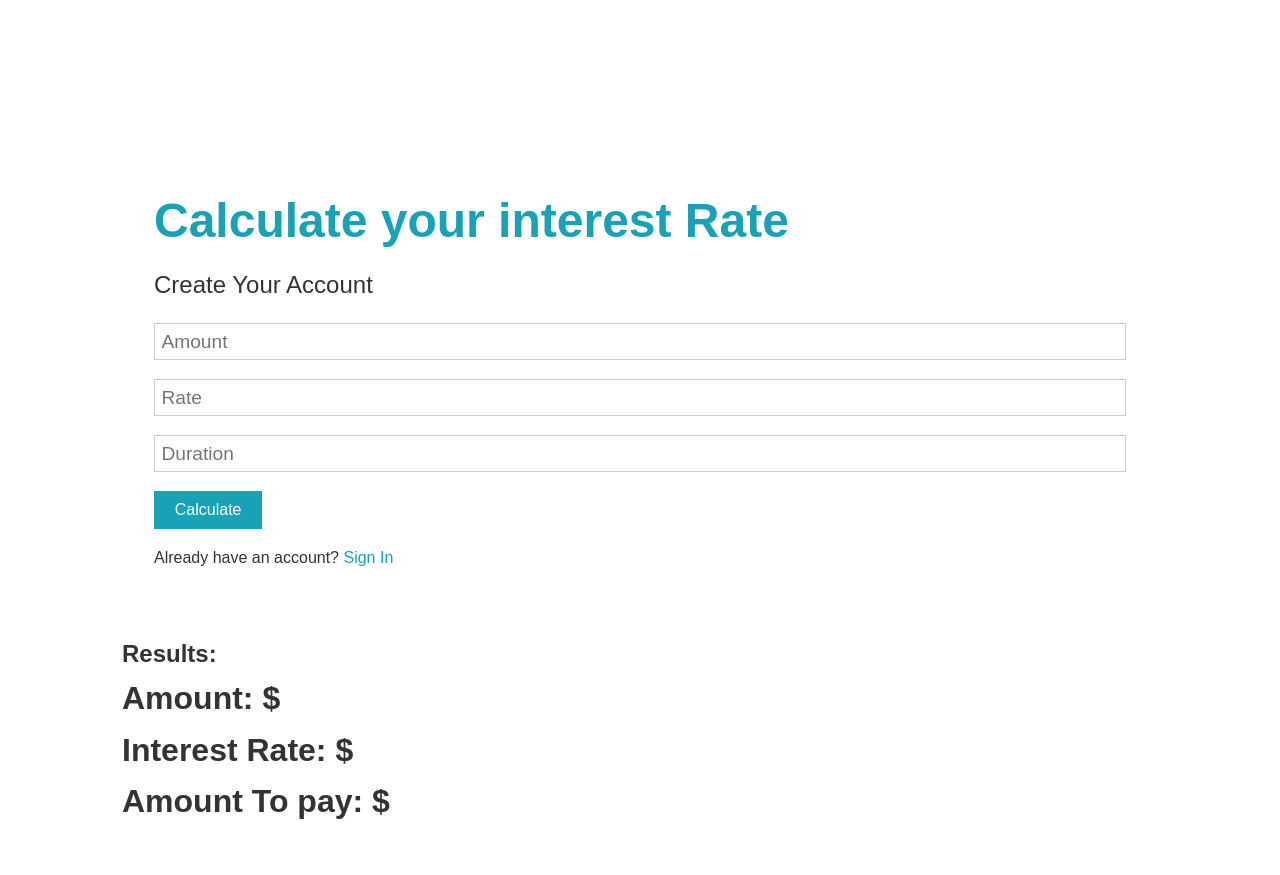
Repository: codding-ideas/loan-calculator
Page: / (app in client/)
An editor plug-in stored every save of this project. The page is shown before and after a run of saves, followed by the edit.
The browser window is 1280 px wide. The pictures show the whole page.
The project was rebuilt for these pictures with package versions that can differ from the ones it lists, and the page was loaded fresh each time.

Above is the page before, as saved 2019-07-09 09:23:07.

### client/src/index.js
import React from 'react';
import ReactDOM from 'react-dom';
import { Provider } from 'react-redux';
import { createStore, applyMiddleware } from 'redux';
import reduxThunk from 'redux-thunk';
import { composeWithDevTools} from 'redux-devtools-extension';
import rootReducer from './redux/reducers'
import App from './App';


// const store = createStore(users, composeWithDevTools(applyMiddleware(reduxThunk)) )
const store = createStore(rootReducer, composeWithDevTools(applyMiddleware(reduxThunk)))

ReactDOM.render(
<Provider store = {store}>

  <App />

  </Provider>,
document.getElementById('root'));

### client/src/redux/reducers/index.js
import { combineReducers } from 'redux';
import loanReducer from './loanReducer'


export default combineReducers({
  loan: loanReducer
})

### client/src/App.js
import React, { useState} from 'react';
import Results from '../src/componets/Results';
import CalculateInterestForm from '../src/componets/Forms//CalculateInterestForm'
import './App.css';

function App() {


  return (
    <div className='container'>

      <CalculateInterestForm/>

      < Results />
    </div>
  )
}

export default App;

### client/src/redux/reducers/loanReducer.js


const initialState = {
//  amount: [],
//  rate: '',
//  convertedRate: '',
//  duration: '',
//  interestRate: '',
//  amountToPay: ''

 amount:'',
 rate: '',
 duration: '',
 interestRate: '',
 amountToPay: ''

}

export default (state = initialState, action) => {
  switch(action.type){
    case 'CREATE_INTEREST':
     return {
      ...state,
       amount: action.payload.amount,
       rate: parseFloat( action.payload.rate/100).toFixed(3),
       duration: action.payload.duration,
       interestRate: parseFloat((action.payload.amount) * (action.payload.rate/100) * (action.payload.duration)).toFixed(3),


       amountToPay: parseFloat(action.payload.amount + ((action.payload.amount) * (action.payload.rate/100) * (action.payload.duration))).toFixed(3)

     }
     default:
      return state
  }
}

### client/src/componets/Results.js
import React from 'react';
import { connect } from 'react-redux';

const Results = (props) => {
    console.log(props.loan.amount)
    return (
        <div>
            <h2>Results:</h2>
            <h1>Amount: $ {props.loan.amount}</h1>
            <h1>Interest Rate: ${props.loan.interestRate}</h1>
            <h1>Amount To pay: ${props.loan. amountToPay}</h1>
        </div>
    )
}

const mapStateToProps = (state) => {
     return {
         loan: state.loan
     }
}

export default connect(mapStateToProps, null) (Results)

### client/src/componets/Forms/CalculateInterestForm.js
import React, { useState} from 'react';
import { connect } from 'react-redux';
import { createLoan} from '../../redux/actions/loanAction'

const CalculateInterestForm = (props) => {
  const initialState = {
    amount: "",
    rate: "",
    duration: ""

  };

     const [formData, setFormData ] = useState(initialState)

   //Create on change methods
   //This method update the state values
   const onChange = (e) => {
     setFormData({...formData, [e.target.name]: e.target.value})
   }

  //Onsubmit
  const onFormSubmit = e => {
    e.preventDefault();
    props.createLoan(formData);
  };


  return (
    <div className="App">
        <section className="container">
      <h3 className="large text-primary">Calculate your interest Rate</h3>
      <p className="lead"><i className="fas fa-money"></i> Create Your Account</p>
      <form className="form" onSubmit = {onFormSubmit}>
        <div className="form-group">
          <input type="text" placeholder="Amount" name="amount"   onChange = {onChange}/>
        </div>
        <div className="form-group">
          <input type="text" placeholder="Rate" name="rate" onChange = {e => onChange(e)} />

        </div>
        <div className="form-group">
          <input
            type="text"
            placeholder="Duration"
            name="duration"
            onChange = {onChange}
          />
        </div>

        <input type="submit" className="btn btn-primary" value="Calculate" />
      </form>
      <p className="my-1">
        Already have an account? <a href="login.html">Sign In</a>
      </p>
    </section>
    </div>
  );
}

export default connect(null, {createLoan}) (CalculateInterestForm)

### client/src/App.css
/* Global Styles */
:root {
  --primary-color: #17a2b8;
  --dark-color: #343a40;
  --light-color: #f4f4f4;
  --danger-color: #dc3545;
  --success-color: #28a745;
}

* {
  box-sizing: border-box;
  margin: 0;
  padding: 0;
}

body {
  font-family: 'Raleway', sans-serif;
  font-size: 1rem;
  line-height: 1.6;
  background-color: #fff;
  color: #333;
}

a {
  color: var(--primary-color);
  text-decoration: none;
}

ul {
  list-style: none;
}

img {
  width: 100%;
}

/* Utilities */
.container {
  max-width: 1100px;
  margin: auto;
  overflow: hidden;
  padding: 0 2rem;
  margin-top: 6rem;
  margin-bottom: 3rem;
}

/* Text Styles*/
.x-large {
  font-size: 4rem;
  line-height: 1.2;
  margin-bottom: 1rem;
}

.large {
  font-size: 3rem;
  line-height: 1.2;
  margin-bottom: 1rem;
}

.lead {
  font-size: 1.5rem;
  margin-bottom: 1rem;
}

.text-center {
  text-align: center;
}

.text-primary {
  color: var(--primary-color);
}

.text-dark {
  color: var(--dark-color);
}

/* Padding */
.p {
  padding: 0.5rem;
}

.p-1 {
  padding: 1rem;
}

.p-2 {
  padding: 2rem;
}

.p-3 {
  padding: 3rem;
}

.py {
  padding: 0.5rem 0;
}

.py-1 {
  padding: 1rem 0;
}

.py-2 {
  padding: 2rem 0;
}

.py-3 {
  padding: 3rem 0;
}

/* Margin */
.m {
  margin: 0.5rem;
}

.m-1 {
  margin: 1rem;
}

.m-2 {
  margin: 2rem;
}

.m-3 {
  margin: 3rem;
}

.my {
  margin: 0.5rem 0;
}

.my-1 {
  margin: 1rem 0;
}

.my-2 {
  margin: 2rem 0;
}

.my-3 {
  margin: 3rem 0;
}

.btn {
  display: inline-block;
  background: var(--light-color);
  color: #333;
  padding: 0.4rem 1.3rem;
  font-size: 1rem;
  border: none;
  cursor: pointer;
  margin-right: 0.5rem;
  transition: opacity 0.2s ease-in;
  outline: none;
}

.badge {
  font-size: 0.8rem;
  padding: 0.1rem;
  text-align: center;
  margin: 0.3rem;
  background: var(--light-color);
  color: #333;
}

.alert {
  padding: 0.8rem;
  margin: 1rem 0;
  opacity: 0.9;
  background: var(--light-color);
  color: #333;
}

.btn-primary,
.bg-primary,
.badge-primary,
.alert-primary {
  background: var(--primary-color);
  color: #fff;
}

.btn-light,
.bg-light,
.badge-light,
.alert-light {
  background: var(--light-color);
  color: #333;
}

.btn-dark,
.bg-dark,
.badge-dark,
.alert-dark {
  background: var(--dark-color);
  color: #fff;
}

.btn-danger,
.bg-danger,
.badge-danger,
.alert-danger {
  background: var(--danger-color);
  color: #fff;
}

.btn-success,
.bg-success,
.badge-success,
.alert-success {
  background: var(--success-color);
  color: #fff;
}

.btn-white,
.bg-white,
.badge-white,
.alert-white {
  background: #fff;
  color: #333;
  border: #ccc solid 1px;
}

.btn:hover {
  opacity: 0.8;
}

.bg-light,
.badge-light {
  border: #ccc solid 1px;
}

.round-img {
  border-radius: 50%;
}

.line {
  height: 1px;
  background: #ccc;
  margin: 1.5rem 0;
}

/* Overlay */
.dark-overlay {
  background-color: rgba(0, 0, 0, 0.7);
  position: absolute;
  top: 0;
  left: 0;
  width: 100%;
  height: 100%;
}

/* Forms */
.form .form-group {
  margin: 1.2rem 0;
}

.form .form-text {
  display: block;
  margin-top: 0.3rem;
  color: #888;
}

.form input[type='text'],
.form input[type='email'],
.form input[type='password'],
.form input[type='date'],
.form select,
.form textarea {
  display: block;
  width: 100%;
  padding: 0.4rem;
  font-size: 1.2rem;
  border: 1px solid #ccc;
}

.form input[type='submit'],
button {
  font: inherit;
}

.form .social-input {
  display: flex;
}

.form .social-input i {
  padding: 0.5rem;
  width: 4rem;
}

.form .social-input i.fa-twitter {
  color: #38a1f3;
}

.form .social-input i.fa-facebook {
  color: #3b5998;
}

.form .social-input i.fa-instagram {
  color: #3f729b;
}

.form .social-input i.fa-youtube {
  color: #c4302b;
}

.form .social-input i.fa-linkedin {
  color: #0077b5;
}

.table th,
.table td {
  padding: 1rem;
  text-align: left;
}

.table th {
  background: var(--light-color);
}

/* Navbar */
.navbar {
  display: flex;
  justify-content: space-between;
  align-items: center;
  padding: 0.7rem 2rem;
  position: fixed;
  z-index: 1;
  width: 100%;
  top: 0;
  background: #014e14;
  border-bottom: solid 1px var(--primary-color);
  opacity: 0.9;
}

.navbar ul {
  display: flex;
}

.navbar a {
  color: #fff;
  padding: 0.45rem;
  margin: 0 0.25rem;
}

.navbar a:hover {
  color: var(--primary-color);
}

.navbar .welcome span {
  margin-right: 0.6rem;
}

/* Landing Page */
.landing {
  position: relative;
  background: url('./img/showcase.jpg') no-repeat center center/cover;
  height: 100vh;
}

.landing-inner {
  color: #fff;
  height: 100%;
  width: 80%;
  margin: auto;
  display: flex;
  flex-direction: column;
  align-items: center;
  justify-content: center;
  text-align: center;
}

/* Profiles Page */
.profile {
  display: grid;
  grid-template-columns: 2fr 4fr 2fr;
  align-items: center;
  grid-gap: 2rem;
  padding: 1rem;
  line-height: 1.8;
  margin-bottom: 1rem;
}

/* Profile Page */
.profile-grid {
  display: grid;
  grid-template-areas:
    'top top'
    'about about'
    'exp edu'
    'github github';
  grid-gap: 1rem;
}

.profile-top {
  grid-area: top;
  display: flex;
  flex-direction: column;
  align-items: center;
  justify-content: center;
  text-align: center;
}

.profile-top img {
  width: 250px;
}

.profile-top .icons a {
  color: #fff;
  margin: 0 0.3rem;
}

.profile-top .icons a:hover {
  color: var(--dark-color);
}

.profile-about {
  grid-area: about;
  text-align: center;
}

.profile-about .skills {
  display: flex;
  align-items: center;
  justify-content: center;
  text-align: center;
}

.profile-exp {
  grid-area: exp;
}

.profile-edu {
  grid-area: edu;
}

.profile-exp h2,
.profile-edu h2 {
  margin-bottom: 1rem;
}

.profile-exp>div,
.profile-edu>div {
  margin-bottom: 1rem;
  padding-bottom: 1rem;
  border-bottom: #ccc 1px dotted;
}

.profile-exp>div:last-child,
.profile-edu>div:last-child {
  border: 0;
}

.profile-exp p,
.profile-edu p {
  margin: 0.5rem 0;
}

.profile-github {
  grid-area: github;
}

.profile-github .repo {
  display: flex;
}

.profile-github .repo>div:first-child {
  flex: 7;
  flex-basis: 70%;
}

.profile-github>div:last-child {
  flex: 3;
  flex-basis: 20%;
}

/* Posts Page */
.post-form .post-form-header {
  background: var(--primary-color);
  padding: 0.5rem;
}

.post {
  display: grid;
  grid-template-columns: 1fr 4fr;
  grid-gap: 2rem;
  align-items: center;
}

.post>div:first-child {
  text-align: center;
}

.post img {
  width: 100px;
}

.post .comment-count {
  background: var(--light-color);
  color: var(--primary-color);
  padding: 0.1rem 0.2rem;
  border-radius: 5px;
  font-size: 0.8rem;
}

.post .post-date {
  color: #aaa;
  font-size: 0.8rem;
  margin-bottom: 0.5rem;
}

/* Mobile Styles */
@media (max-width: 700px) {
  .container {
    margin-top: 8rem;
  }

  .hide-sm {
    display: none;
  }

  /* Text Styles */
  .x-large {
    font-size: 3rem;
  }

  .large {
    font-size: 2rem;
  }

  .lead {
    font-size: 1rem;
  }

  /* Navbar */
  .navbar {
    display: block;
    text-align: center;
  }

  .navbar ul {
    text-align: center;
    justify-content: center;
  }

  .navbar h1 {
    margin-bottom: 1rem;
  }

  .navbar .welcome {
    display: none;
  }

  /* Profiles Page */
  .profile {
    grid-template-columns: 1fr;
    text-align: center;
  }

  .profile ul {
    display: none;
  }

  /* Profile Page */

  .profile-top img,
  .profile img {
    width: 200px;
    margin: auto;
  }

  .profile-grid {
    grid-template-areas:
      'top'
      'about'
      'exp'
      'edu'
      'github';
  }

  .profile-about .skills {
    flex-direction: column;
  }

  .dash-buttons a {
    display: block;
    width: 100%;
    margin-bottom: 0.2rem;
  }

  .post {
    grid-template-columns: 1fr;
  }

  .post a,
  .post button {
    padding: 0.3rem 0.4rem;
  }
}

### client/src/redux/actions/loanAction.js
import axios from 'axios';

export const createLoan = (values) => {
   return function(dispatch){
     axios.post('/api/loan', values)
     .then((loan) => {
      dispatch({
       type: 'CREATE_INTEREST',
       payload: loan.data
      })
     })
   }

}

After the next 2 saves:
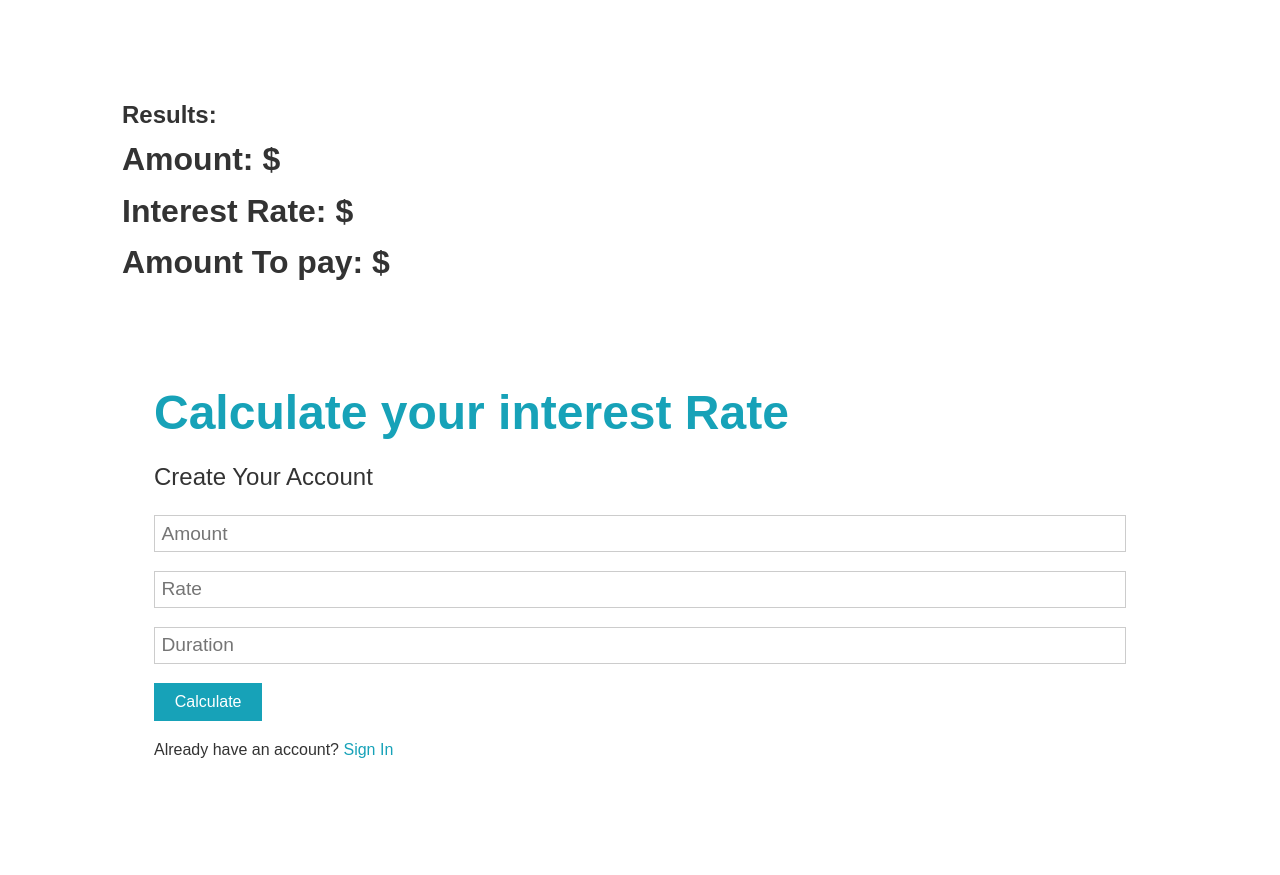
The 2 saves are shown as one change because they came seconds apart.
The last was saved 2 min 40 s later.
--- a/client/src/App.js
+++ b/client/src/App.js
@@ -8,10 +8,10 @@ function App() {
 
   return (
     <div className='container'>
-
+       < Results />
       <CalculateInterestForm/>
 
-      < Results />
+
     </div>
   )
 }
